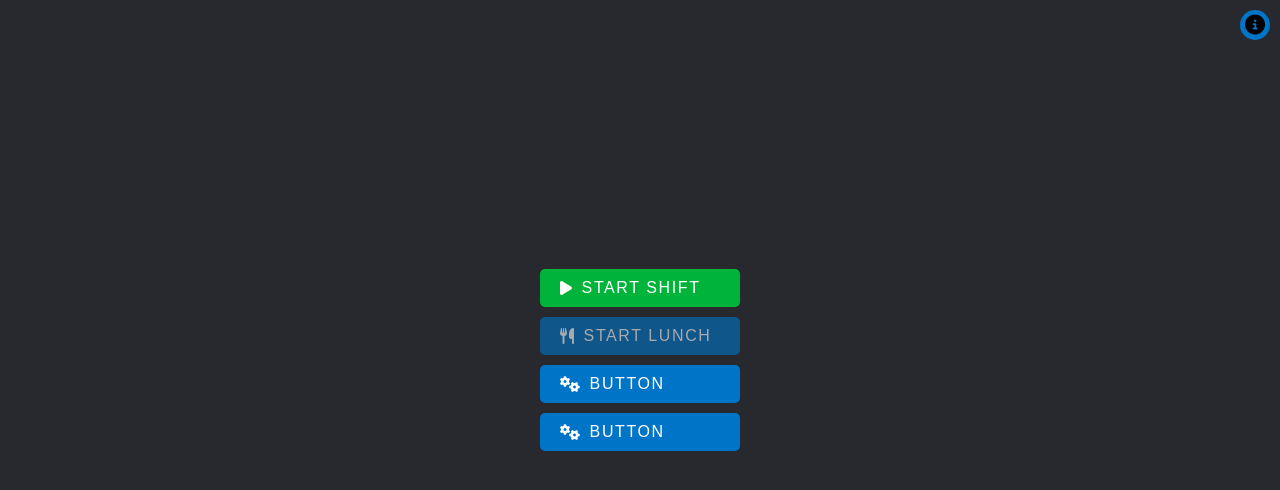
Repository: Philip-Rogers/button-state
Page: experiment.html
These files come from the project's save history. The page is drawn as it stood at one moment and after the next save; the edit follows.
The browser window is 1280 px wide. The pictures show the whole page.

Above is the page before, as saved 2024-08-14 20:59:03.

After the next save:
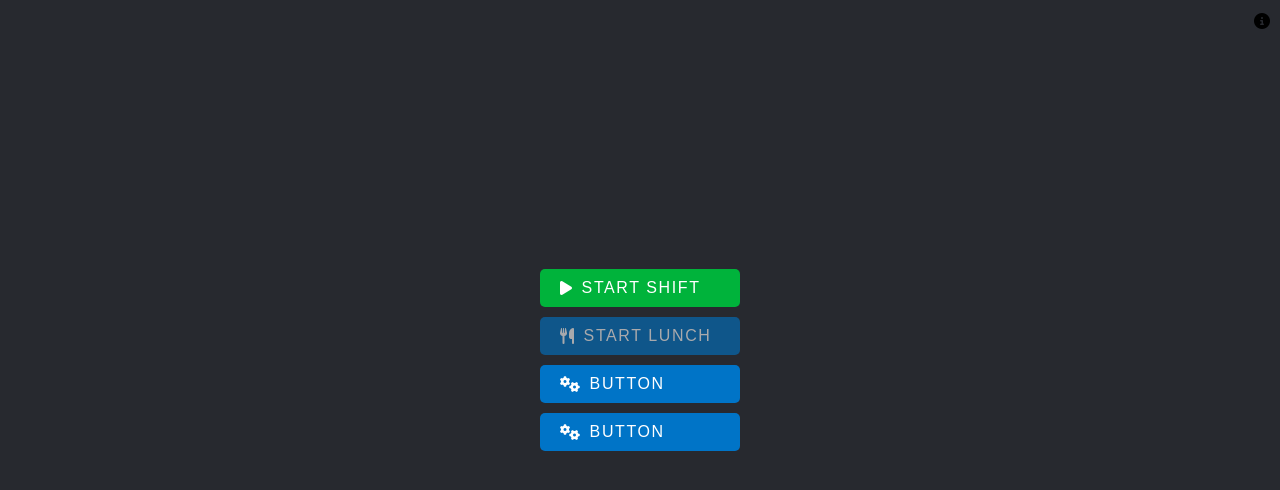
Saved 12 s later.
--- a/experiment.html
+++ b/experiment.html
@@ -16,21 +16,7 @@
 
 
 
-        .close {
-            color: hsl(354, 70%, 100%);
-            float: right;
-            font-size: 28px;
-            font-weight: bold;
-        }
-
-        /* Info icon styling */
-        #infoIcon {
-            font-size: 20px;
-            cursor: pointer;
-            background-color: hsl(205, 100%, 39%);
-            padding: 5px;
-            border-radius: 50%;
-        }
+
 
 
 

After the 5 saves that followed:
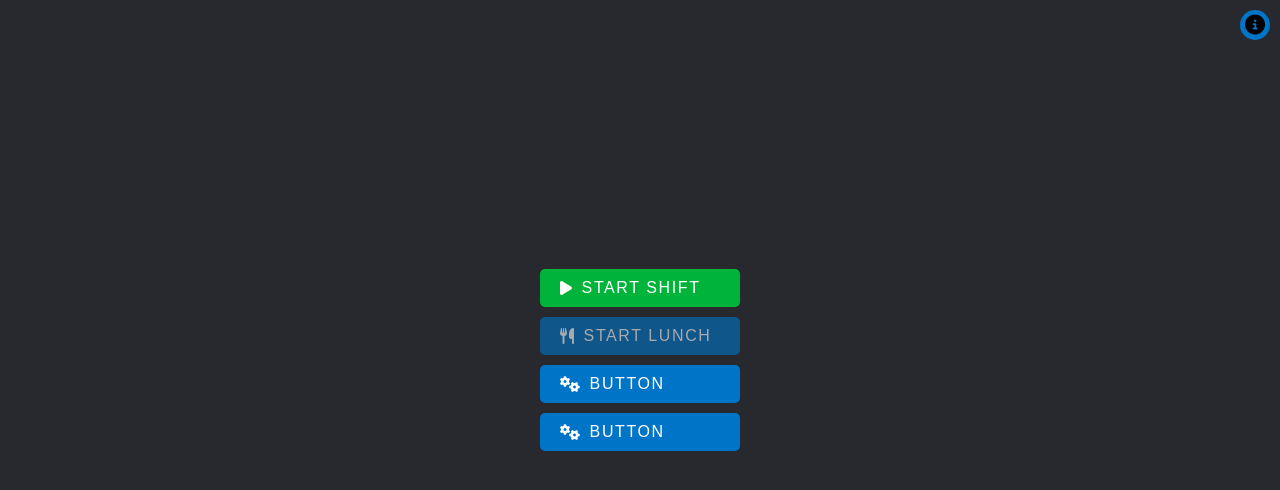
The 5 saves are shown as one change because 2 left the picture as it was and some came seconds apart.
The last was saved 24 s later.
--- a/experiment.html
+++ b/experiment.html
@@ -10,16 +10,6 @@
         integrity="sha512-DTOQO9RWCH3ppGqcWaEA1BIZOC6xxalwEsw9c2QQeAIftl+Vegovlnee1c9QX4TctnWMn13TZye+giMm8e2LwA=="
         crossorigin="anonymous" referrerpolicy="no-referrer" />
     <style>
-        /* Modal styles */
-
-
-
-
-
-
-
-
-
         /* Modal styles */
         .modal {
             display: none;
@@ -74,6 +64,22 @@
             /* Ensure content doesn't overflow */
             margin: 0 auto;
         }
+
+        .close {
+            color: hsl(354, 70%, 100%);
+            float: right;
+            font-size: 28px;
+            font-weight: bold;
+        }
+
+        /* Info icon styling */
+        #infoIcon {
+            font-size: 20px;
+            cursor: pointer;
+            background-color: hsl(205, 100%, 39%);
+            padding: 5px;
+            border-radius: 50%;
+        }
     </style>
 </head>
 
